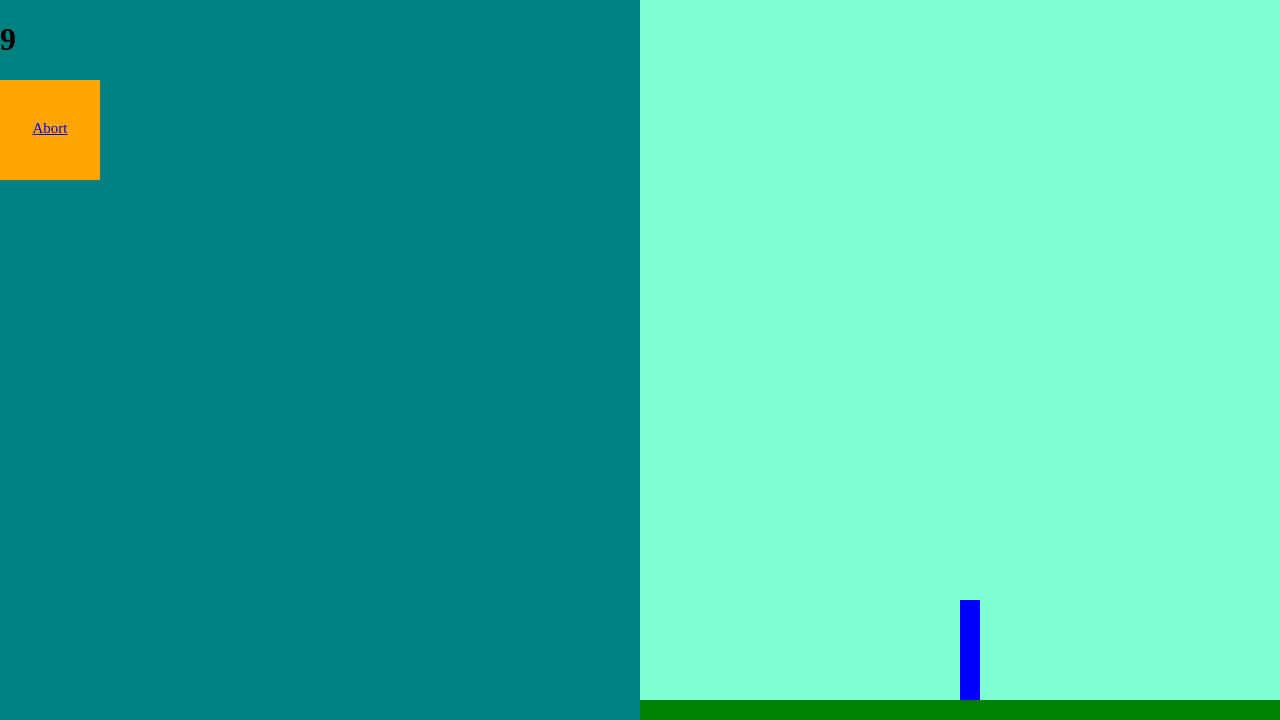
Repository: alcarrizo/Rocket-launch
Page: index.html
The author's editor kept a copy of each file at every save. The page is drawn from the files as they stood at one save, then again after the next save.
The browser window is 1280 px wide. The pictures show the whole page.
After loading, the first visible `a.button` was clicked once.

Above is the page before, as saved 2022-10-19 21:19:37.

### index.html
<!DOCTYPE html>
<html lang="en">
<head>
    <meta charset="UTF-8">
    <meta http-equiv="X-UA-Compatible" content="IE=edge">
    <meta name="viewport" content="width=device-width, initial-scale=1.0">
    <title>Rocket Launch sequence</title>
    <script type="text/javascript" src="js/script.js"> </script>
    <link rel="stylesheet" href="css/style.css">
</head>
<body class="body-state1" id="body">
    <div class="left">
        <div class="state1">
            <h1>JS Rocket Launch!</h1>
            <a href="#" class="button" onclick="changeState(2);">Launch</a>
        </div>
        <div class="state2">
            <h1 class="countdown" id="countdown">10</h1>
            <a href="#" class="button" onclick="changeState(1);">Abort</a>
        </div>
        <div class="state3">
            <h1>Lift Off!</h1>
        </div>
        <div class="state4">
            <h1>Well done!</h1>
            <a href="#" class="button" onclick="changeState(1);">Do it again</a>
        </div>
        <div class="state5">
            <h1>Oh No!!!!</h1>
            <a href="#" class="button" onclick="changeState(1);">Try Again!</a>
        </div>
    </div>

    <div class="right">
        <div class="rocket" id="rocket"></div>
        <div class="ground"></div>
    </div>
</body>
</html>

### js/script.js
var changeState = function (state) {
    bdy = document.getElementById("body")
    if (state == 1) {
        bdy.className = 'body-state1'
    }
    else if (state == 2) {
        bdy.className = 'body-state2'
        var i = 10
        setTimeout(function () {
            i--;
            document.getElementById("countdown").innerHTML = i;

        })
        // for (let i = 10; i >= 0; i--) {
        //     setTimeout()
        //     document.getElementById("countdown").innerHTML = i;
        // }
    }
    else if (state == 3) {
        bdy.className = 'body-state3'
    }
    else if (state == 4) {
        bdy.className = 'body-state4'
    }
    else {
        bdy.className = 'body-state5'
    }
    // for (let i = 10; i >= 0; i--) {
    //     bdy.content = i;
    // }
    //document.getElementById('rocket').className = 'rocket flying';
}

### css/style.css
body {
    position: relative;
}

.left {
    position: fixed;
    box-sizing: border-box;
    width: 50%;
    height: 100%;
    top: 0;
    left: 0;
    background-color: teal;
}

.right {
    position: fixed;
    box-sizing: border-box;
    width: 50%;
    height: 100%;
    top: 0;
    right: 0;
    background-color: aquamarine;
}

.rocket {
    position: absolute;
    left: 50%;
    bottom: 20px;
    width: 20px;
    height: 100px;
    background-color: blue;
    transition: bottom 10s;

}

.rocket.flying {
    bottom: 1000px;
}


.ground {
    background-color: green;
    position: absolute;
    bottom: 0;
    left: 0;
    width: 100%;
    height: 20px;
}

a {}

a.button {
    display: block;
    box-sizing: border-box;
    text-align: center;
    padding-top: 40px;
    height: 100px;
    width: 100px;
    font-size: 15px;
    background-color: orange;

}

.state1,
.state2,
.state3,
.state4,
.state5 {
    display: none;
}

body.body-state1 .state1 {
    display: block;
}

body.body-state2 .state2 {
    display: block;
}

body.body-state3 .state3 {
    display: block;
}

body.body-state4 .state4 {
    display: block;
}

body.body-state5 .state5 {
    display: block;
}

After the next save:
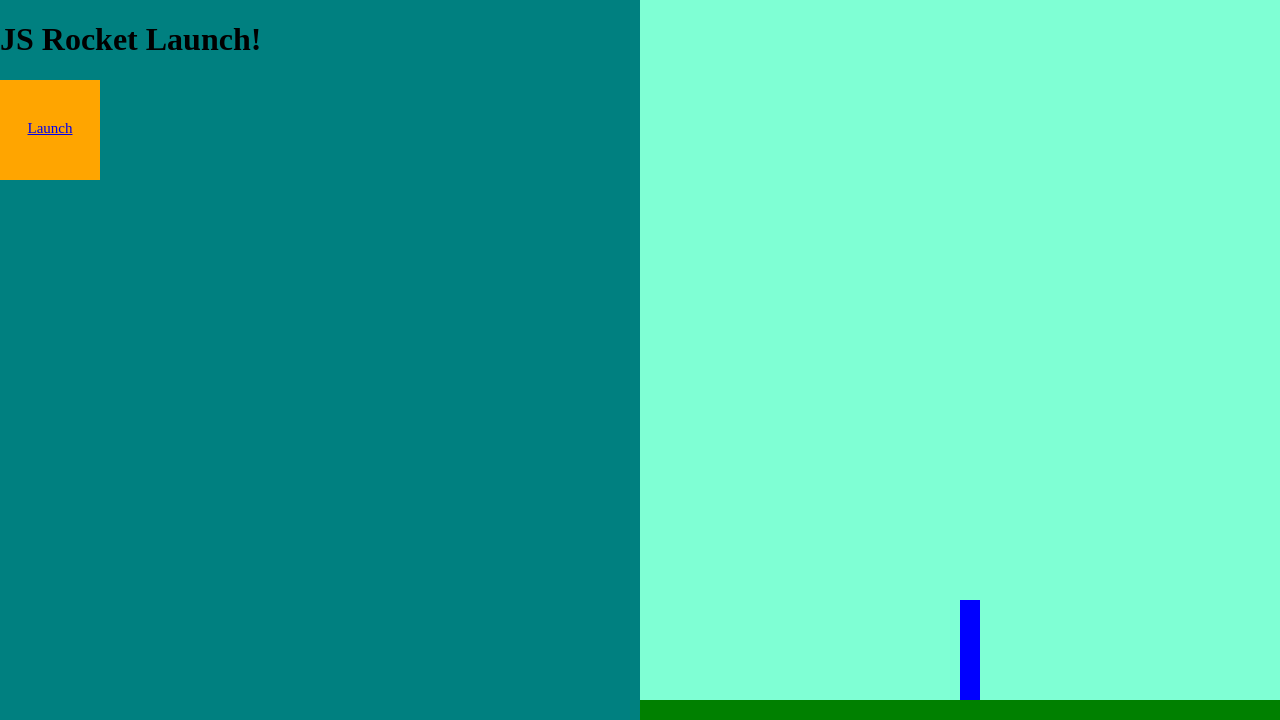
Console error: SyntaxError: Invalid or unexpected token
Saved 8 s later.
--- a/js/script.js
+++ b/js/script.js
@@ -10,7 +10,7 @@
             i--;
             document.getElementById("countdown").innerHTML = i;
 
-        })
+        }, 1s)
         // for (let i = 10; i >= 0; i--) {
         //     setTimeout()
         //     document.getElementById("countdown").innerHTML = i;

After the save that followed:
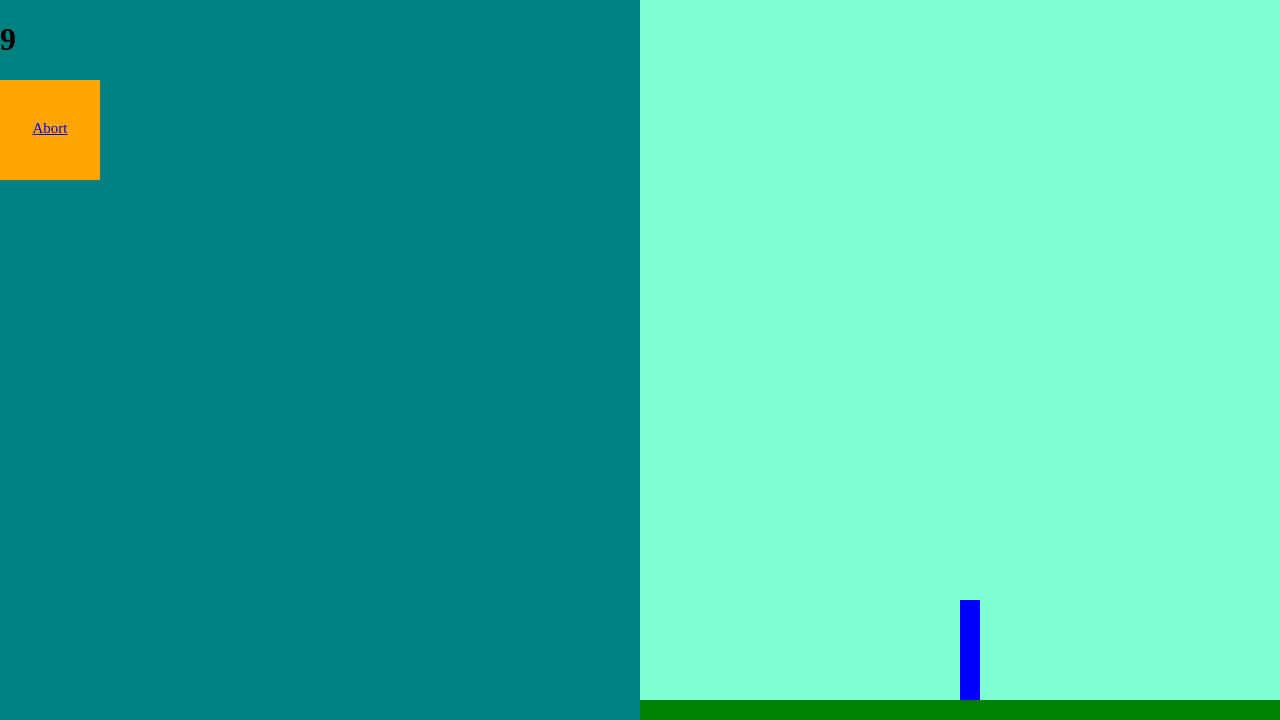
The error is gone.
Saved 72 s later.
--- a/js/script.js
+++ b/js/script.js
@@ -10,7 +10,7 @@
             i--;
             document.getElementById("countdown").innerHTML = i;
 
-        }, 1s)
+        }, 1000)
         // for (let i = 10; i >= 0; i--) {
         //     setTimeout()
         //     document.getElementById("countdown").innerHTML = i;
